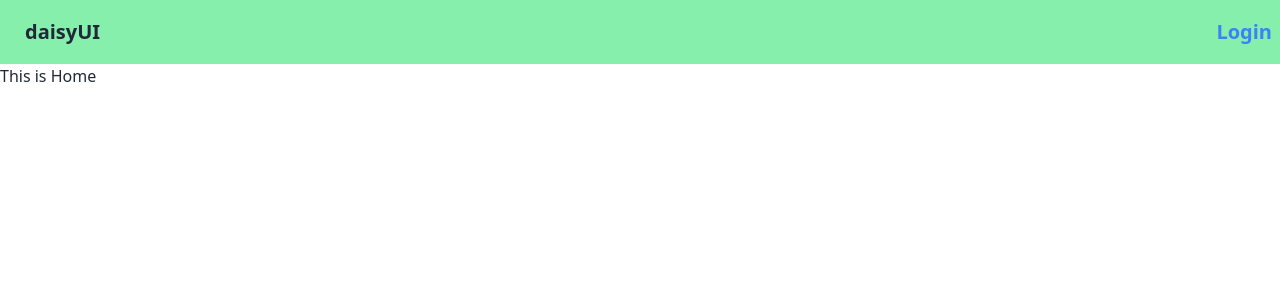
Repository: mohamedk98/Sparrow
Page: / (app in client/)
The author's editor kept a copy of each file at every save. The page is drawn from the files as they stood at one save, then again after the next save.
The browser window is 1280 px wide. The pictures show the whole page.
The project was rebuilt for these pictures with package versions that can differ from the ones it lists, and the page was loaded fresh each time. Also part of the build but not shown: client/src/App.css, client/src/pages/Login.js, client/src/pages/Profile.js.

Above is the page before, as saved 2022-06-29 14:56:41.

After the next save:
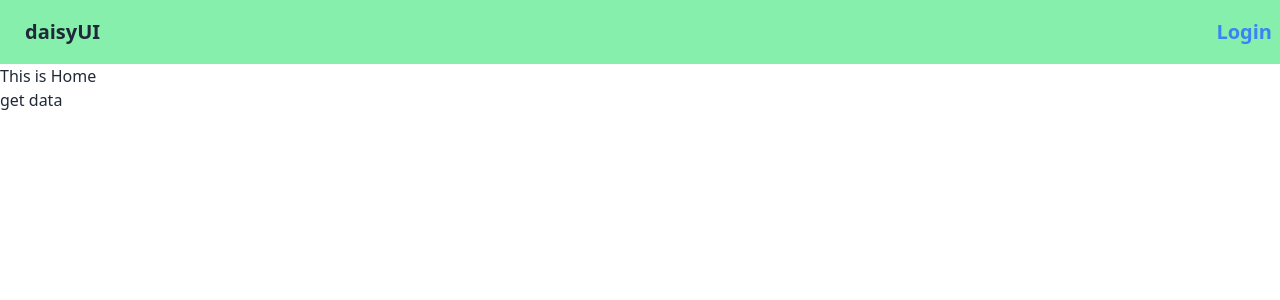
Saved 62 s later.
--- a/client/src/pages/Home.js
+++ b/client/src/pages/Home.js
@@ -6,15 +6,15 @@ function Home(props) {
   const [requestData, setRequestData] = useState("No Data....");
   // const navigate = useNavigate()
   const getData = () => {
-    axios.get("http://localhost:4000").then((response) => {
-      setRequestData(response.data);
-
+    axios.get("/").then((response) => {
+      console.log(response.data)
     });
   };
   return (
-<>
-<h1>This is Home</h1>
-</>
+    <>
+      <h1>This is Home</h1>
+      <button onClick={getData}>get data</button>
+    </>
   );
 }
 
